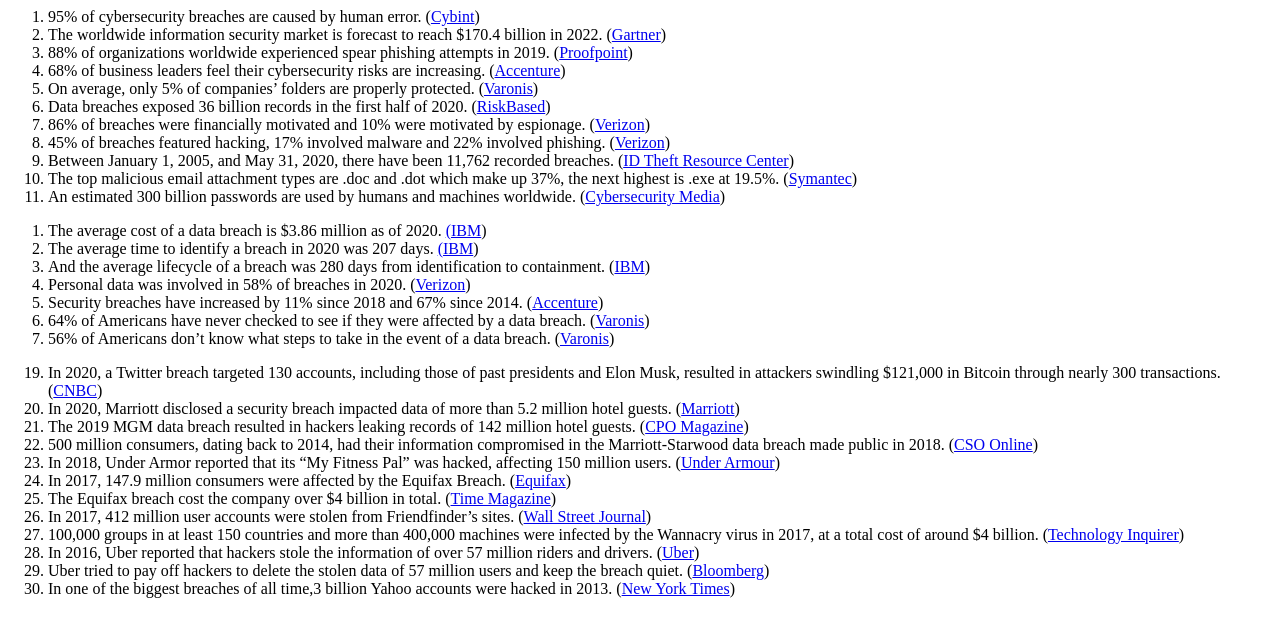
Repository: AniruddhAnand/zero_day_shield
Page: assets/data/facts.html
An editor plug-in stored every save of this project. The page is shown before and after the next save, followed by the edit.
The browser window is 1280 px wide. The pictures show the whole page.

Above is the page before, as saved 2021-07-10 15:05:29.

After the next save:
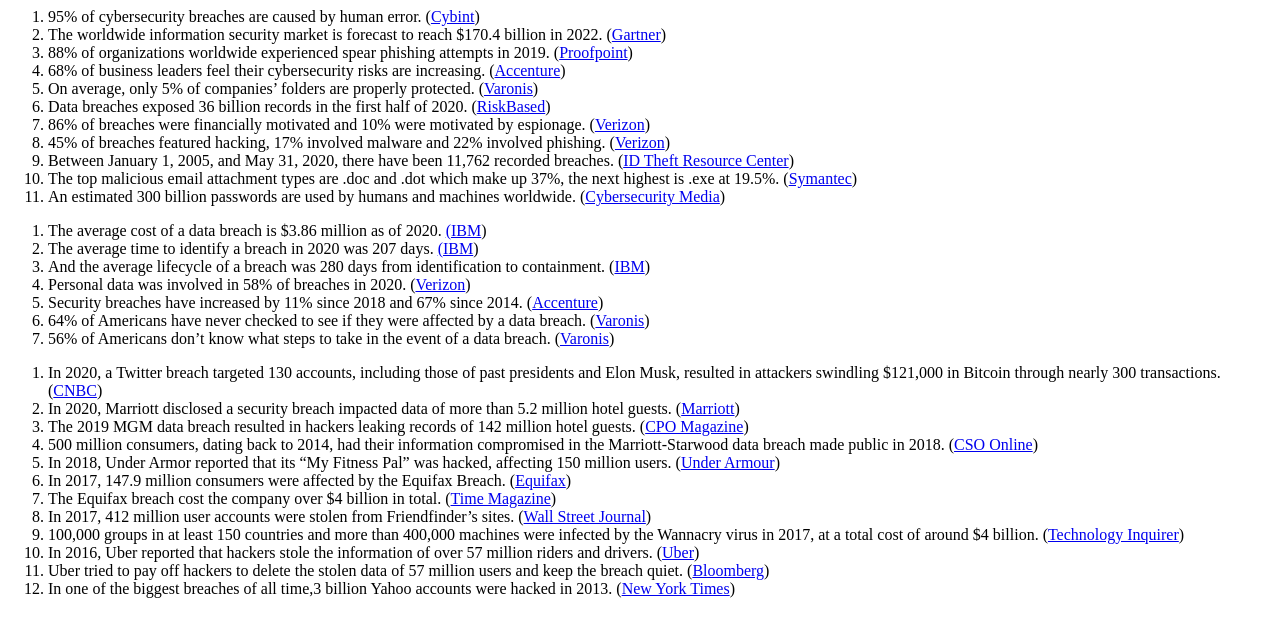
Saved 5 s later.
--- a/assets/data/facts.html
+++ b/assets/data/facts.html
@@ -59,7 +59,7 @@
                 href="https://www.varonis.com/blog/data-breach-literacy-survey/" target="_blank"
                 rel="noopener noreferrer">Varonis</a>)</li>
     </ol>
-    <ol start="19">
+    <ol>
         <li aria-level="1">In 2020, a Twitter breach targeted 130 accounts, including those of past presidents and Elon
             Musk, resulted in attackers swindling $121,000 in Bitcoin through nearly 300 transactions. (<a
                 href="https://www.cnbc.com/2020/07/16/twitter-hackers-made-121000-in-bitcoin-analysis-shows.html"
